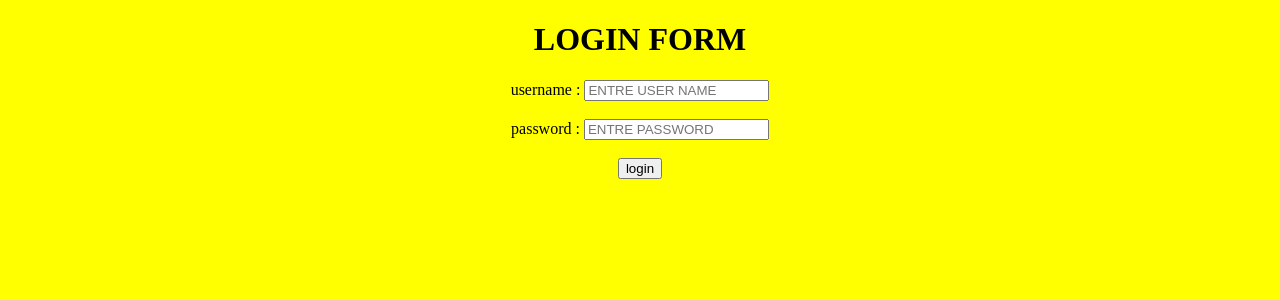
Repository: thatipallyvinod/AdvanceJava
Page: LoginFormApp/src/main/webapp/login.html
An editor plug-in stored every save of this project. The page is shown before and after the next save, followed by the edit.
The browser window is 1280 px wide. The pictures show the whole page.

Above is the page before, as saved 2024-03-25 08:55:38.

After the next save:
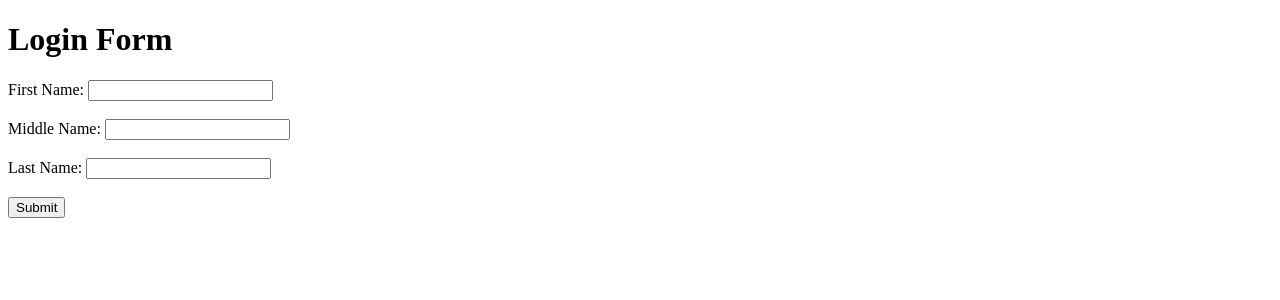
Saved 19 s later.
--- a/LoginFormApp/src/main/webapp/login.html
+++ b/LoginFormApp/src/main/webapp/login.html
@@ -1,20 +1,23 @@
 <!DOCTYPE html>
-<html>
-  <head>
-     <title> LOGIN FORM </title>
-   </head>
-  <body bgcolor="yellow">
-  <div style="text-align: center;">
-  <h1> LOGIN FORM </h1>
-  <form method = "get" action = "LoginFormServlet">
-  <label > username : </label>
-  <input type = "text" name = "username" placeholder = "ENTRE USER NAME" required/>
-  <br><br>
-  <label> password : </label>
-  <input type = "password" name = "password" placeholder = "ENTRE PASSWORD" required/>
-  <br><br>
-  <input type = "submit" value = "login"/>
-  </form>
-  </div>
-  </body>
+<html lang="en">
+<head>
+    <meta charset="UTF-8">
+    <meta name="viewport" content="width=device-width, initial-scale=1.0">
+    <title>Login Form</title>
+</head>
+<body>
+    <h1>Login Form</h1>
+    <form action="LoginFormServlet" method="GET">
+        <label for="firstName">First Name:</label>
+        <input type="text" id="firstName" name="FirstName"><br><br>
+
+        <label for="middleName">Middle Name:</label>
+        <input type="text" id="middleName" name="MiddleName"><br><br>
+
+        <label for="lastName">Last Name:</label>
+        <input type="text" id="lastName" name="LastName"><br><br>
+
+        <button type="submit">Submit</button>
+    </form>
+</body>
 </html>
